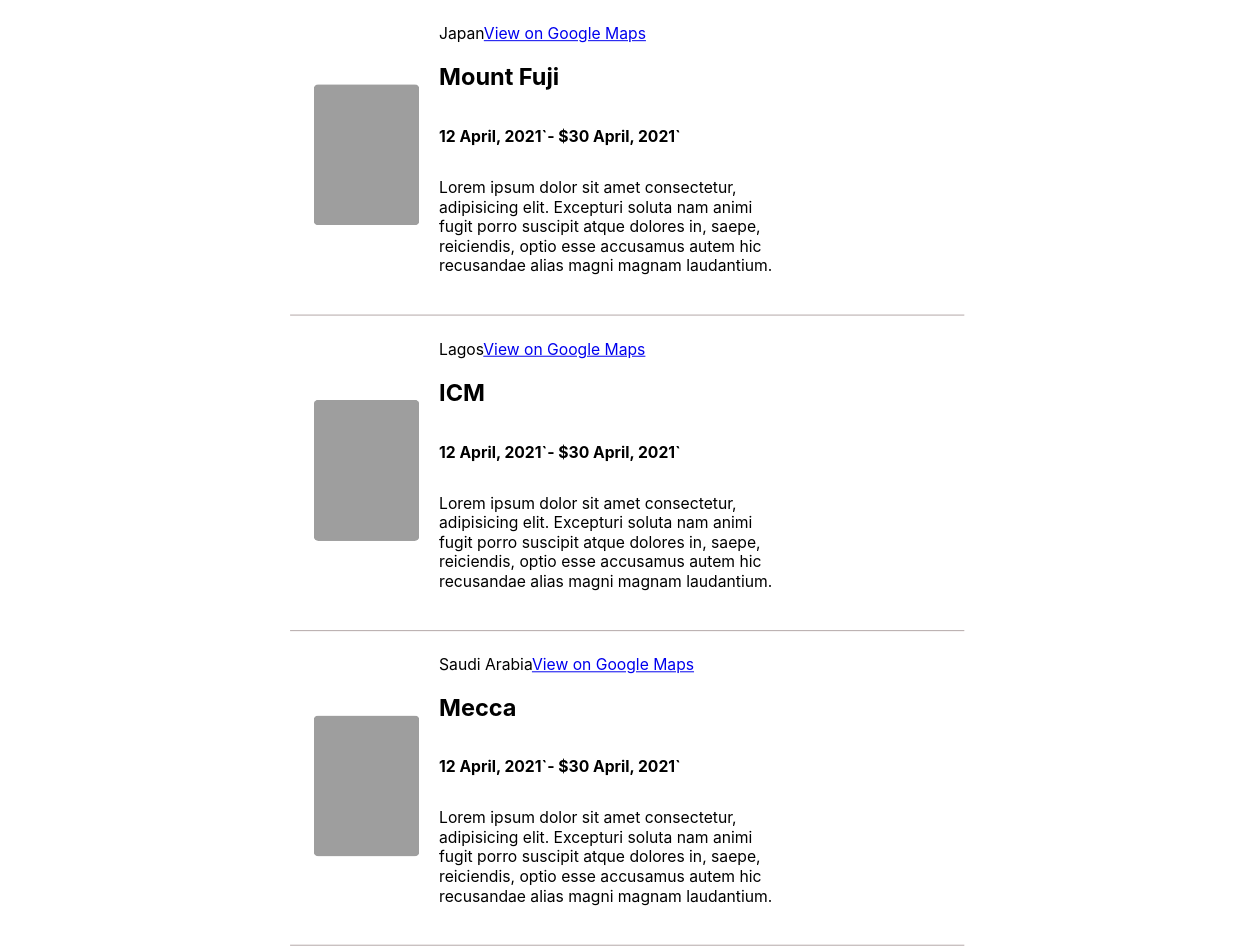
Repository: BuduCE/travel-journal
Page: /
An editor plug-in stored every save of this project. The page is shown before and after a run of saves, followed by the edit.
The browser window is 1280 px wide. The pictures show the whole page, at 98% of full size.
Pictures or frames that could not be fetched are drawn as grey boxes. The project was rebuilt for these pictures with package versions that can differ from the ones it lists, and the page was loaded fresh each time. Also part of the build but not shown: src/components/Home/styles.css, src/components/Home/index.jsx.

Above is the page before, as saved 2022-08-25 12:38:14.

After the next 2 saves:
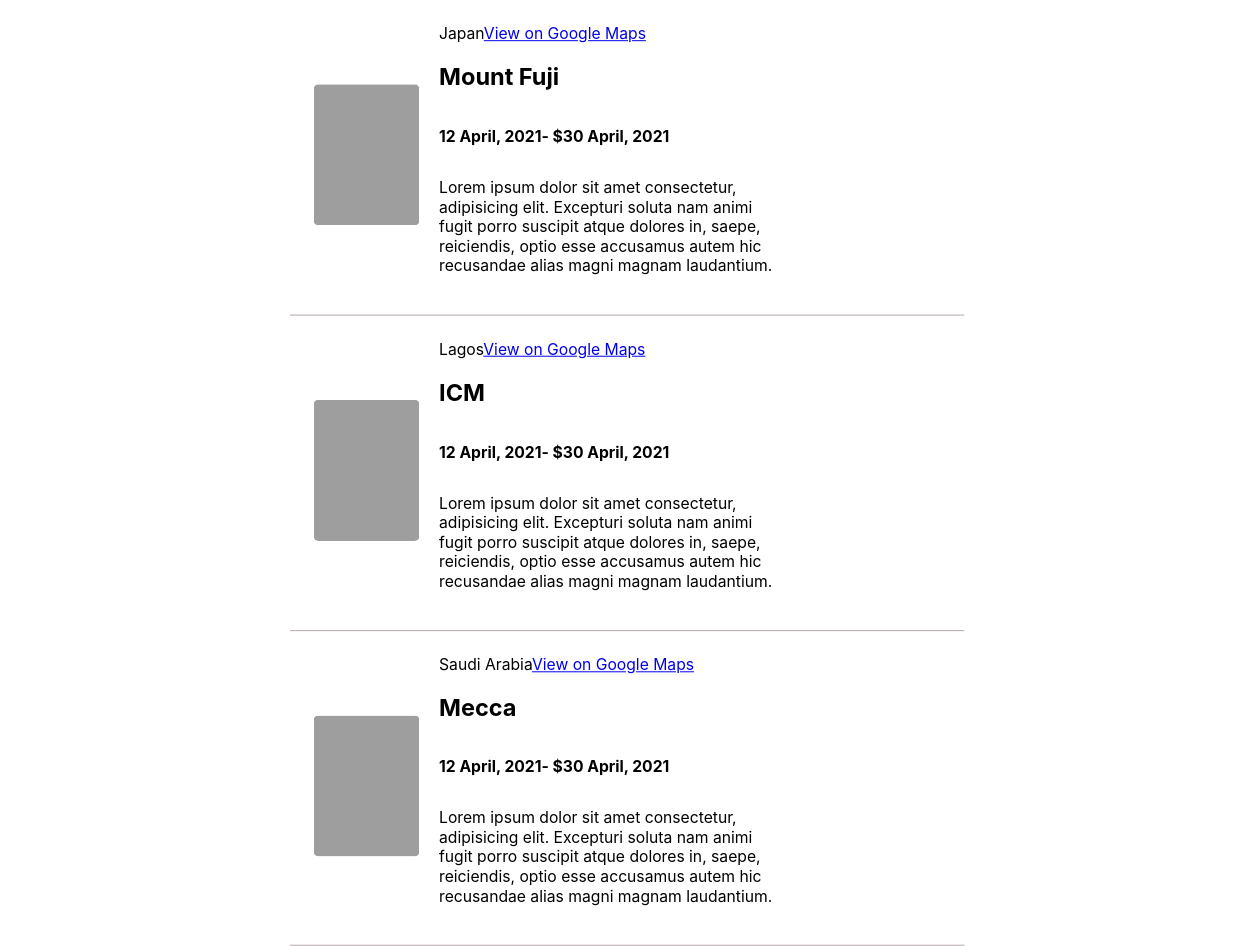
The 2 saves are shown as one change because they came seconds apart.
The last was saved 18 s later.
--- a/src/components/Tour/index.jsx
+++ b/src/components/Tour/index.jsx
@@ -20,7 +20,7 @@
         <h2>{props.title}</h2>
         <div className="tour-data">
           <p><b>{props.startDate}</b></p>
-          <p><b>`- ${props.endDate}`</b></p>
+          <p><b>- ${props.endDate}</b></p>
         </div>
 
         <p className='tour-desc'>
